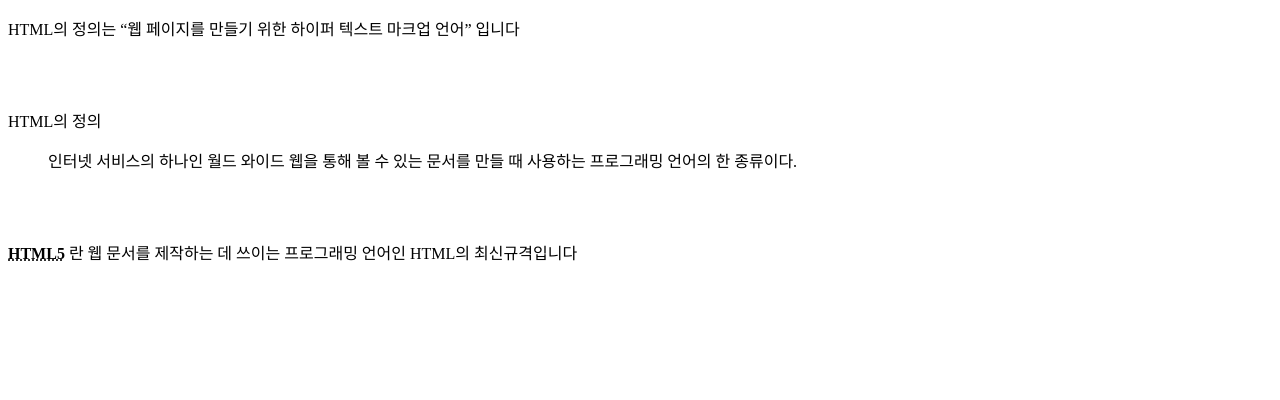
Repository: JaeHyun-Ban/study_html
Page: TCP_HTML/WebContent/ex02_08.html
An editor plug-in stored every save of this project. The page is shown before and after the next save, followed by the edit.
The browser window is 1280 px wide. The pictures show the whole page.

Above is the page before, as saved 2020-08-27 05:34:15.

### TCP_HTML/WebContent/ex02_08.html
<!DOCTYPE html>
<html>
<head>
<meta charset="UTF-8">
<title>8) 인용구</title>
</head>
<body>
	<p>HTML의 정의는
	<q>웹 페이지를 만들기 위한 하이퍼 텍스트 마크업 언어</q>
	입니다</p>

	<br><br>

	<p>HTML의 정의</p>
	<blockquote>
		인터넷 서비스의 하나인 월드 와이드 웹을 통해 볼 수 있는
		문서를 만들 때 사용하는 프로그래밍 언어의 한 종류이다.
	</blockquote>

	<br><br>

	<p>
	<strong><abbr title="HyperText Markup Language 5">HTML5</abbr></strong>
	란 웹 문서를 제작하는 데 쓰이는 프로그래밍 언어인 HTML의 최신규격입니다</p>
</body>
</html>

After the next save:
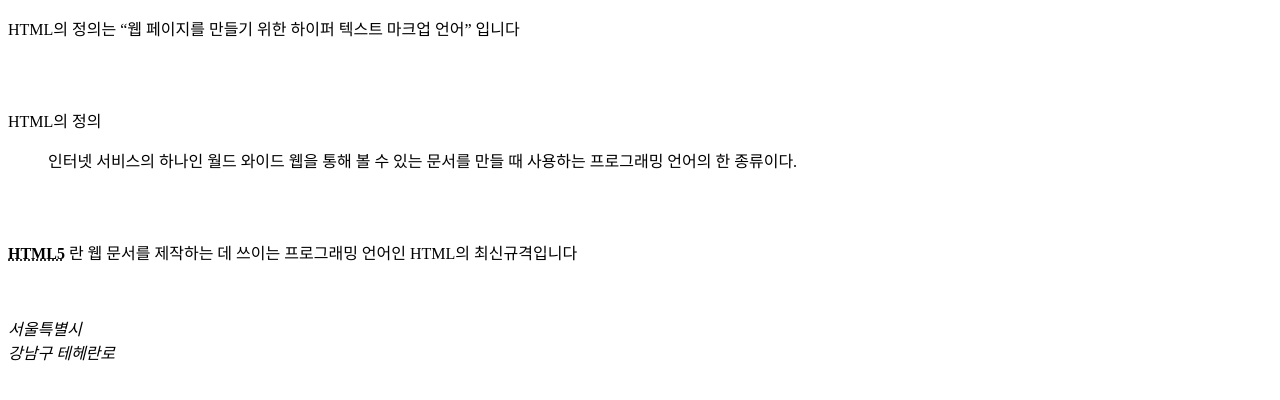
Saved 3 min 6 s later.
--- a/TCP_HTML/WebContent/ex02_08.html
+++ b/TCP_HTML/WebContent/ex02_08.html
@@ -22,5 +22,13 @@
 	<p>
 	<strong><abbr title="HyperText Markup Language 5">HTML5</abbr></strong>
 	란 웹 문서를 제작하는 데 쓰이는 프로그래밍 언어인 HTML의 최신규격입니다</p>
+
+	<br><br>
+
+	<address>
+		서울특별시<br>
+		강남구 테헤란로
+	</address>
+
 </body>
 </html>
